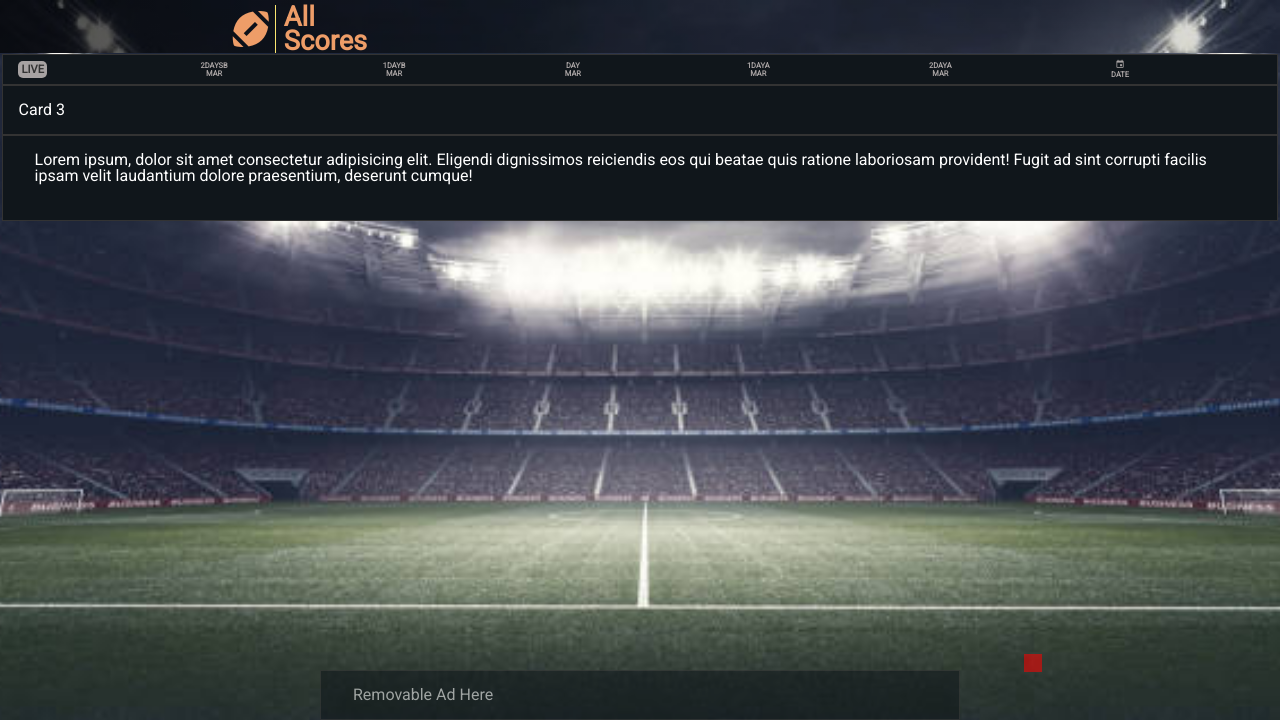
Repository: boomshakar/AllScores
Page: index.html
The author's editor kept a copy of each file at every save. The page is drawn from the files as they stood at one save, then again after the next save.
The browser window is 1280 px wide. The pictures show the whole page.
The style sheet was rebuilt from its Sass, Less or Tailwind sources for each picture, by a compiler version that may differ from the author's.

Above is the page before, as saved 2021-03-30 13:31:50.

After the next save:
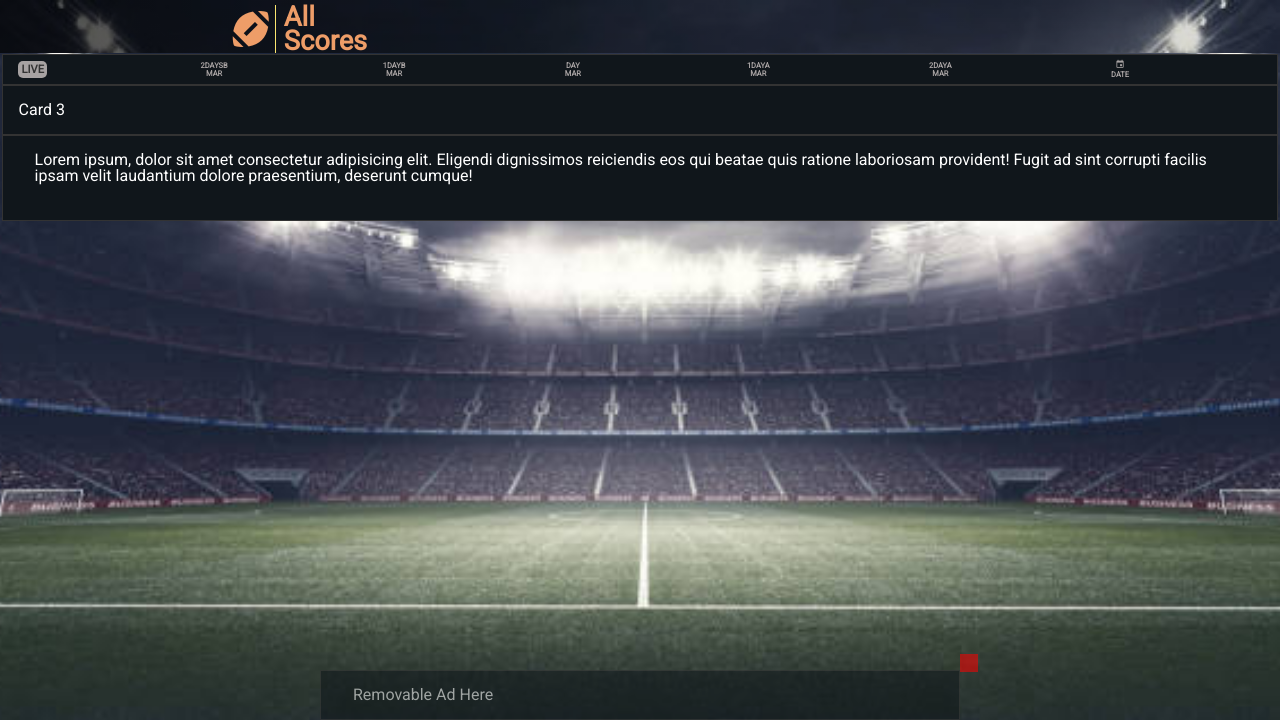
Saved 14 s later.
--- a/scss/main.scss
+++ b/scss/main.scss
@@ -44,7 +44,7 @@
     width: 18px;
     height: 18px;
     bottom: 3rem;
-    left: 80%;
+    left: 75%;
     background: red;
   }
 }
